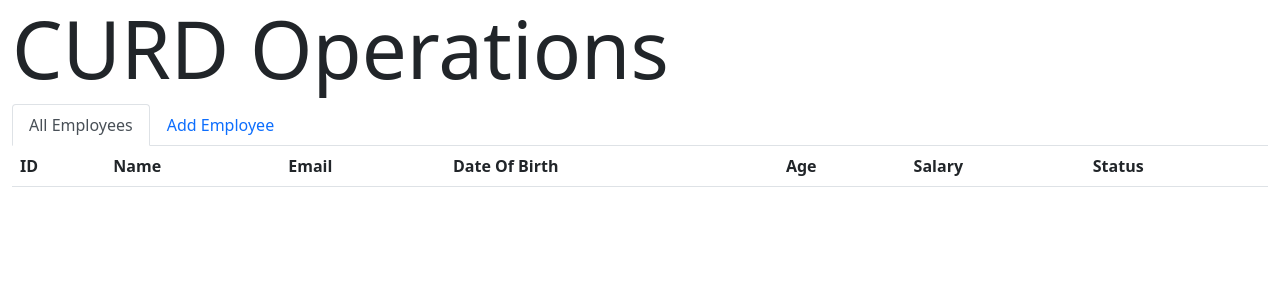
Repository: code8sam/SpringAndSpringBoot
Page: http://localhost/curdoperationsusingmvc/WEB-INF/views/displayAllEmployees.jsp
These files come from the project's save history. The page is drawn as it stood at one moment and after the next save; the edit follows.
The browser window is 1280 px wide. The pictures show the whole page.
The page is served by Tomcat 9. Nobody is signed in. The template is opened directly, without the code that normally fills it, so the values that code supplies are empty.

Above is the page before, as saved 2022-04-08 11:44:12.

After the next save:
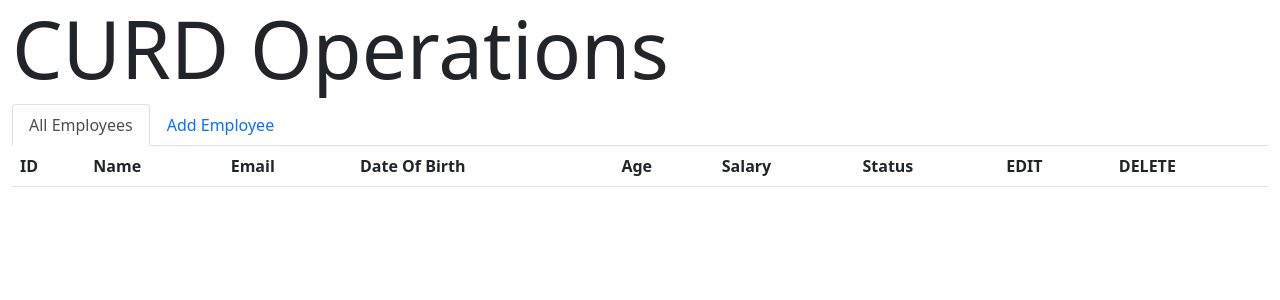
Saved 116 s later.
--- a/springs/HESE7/curdoperationsusingmvc/src/main/webapp/WEB-INF/views/displayAllEmployees.jsp
+++ b/springs/HESE7/curdoperationsusingmvc/src/main/webapp/WEB-INF/views/displayAllEmployees.jsp
@@ -39,6 +39,8 @@
 					<th scope="col">Age</th>
 					<th scope="col">Salary</th>
 					<th scope="col">Status</th>
+					<th>EDIT</th>
+					<th>DELETE</th>
 				</tr>
 			</thead>
 			<tbody>
@@ -58,6 +60,8 @@
 							<td>Inactive</td>
 						</c:otherwise>
 					</c:choose>
+					<td><a href="">edit</a></td>
+					<td><a href="">delete</a></td>
 				</tr>
 			</c:forEach>
 			</tbody>
